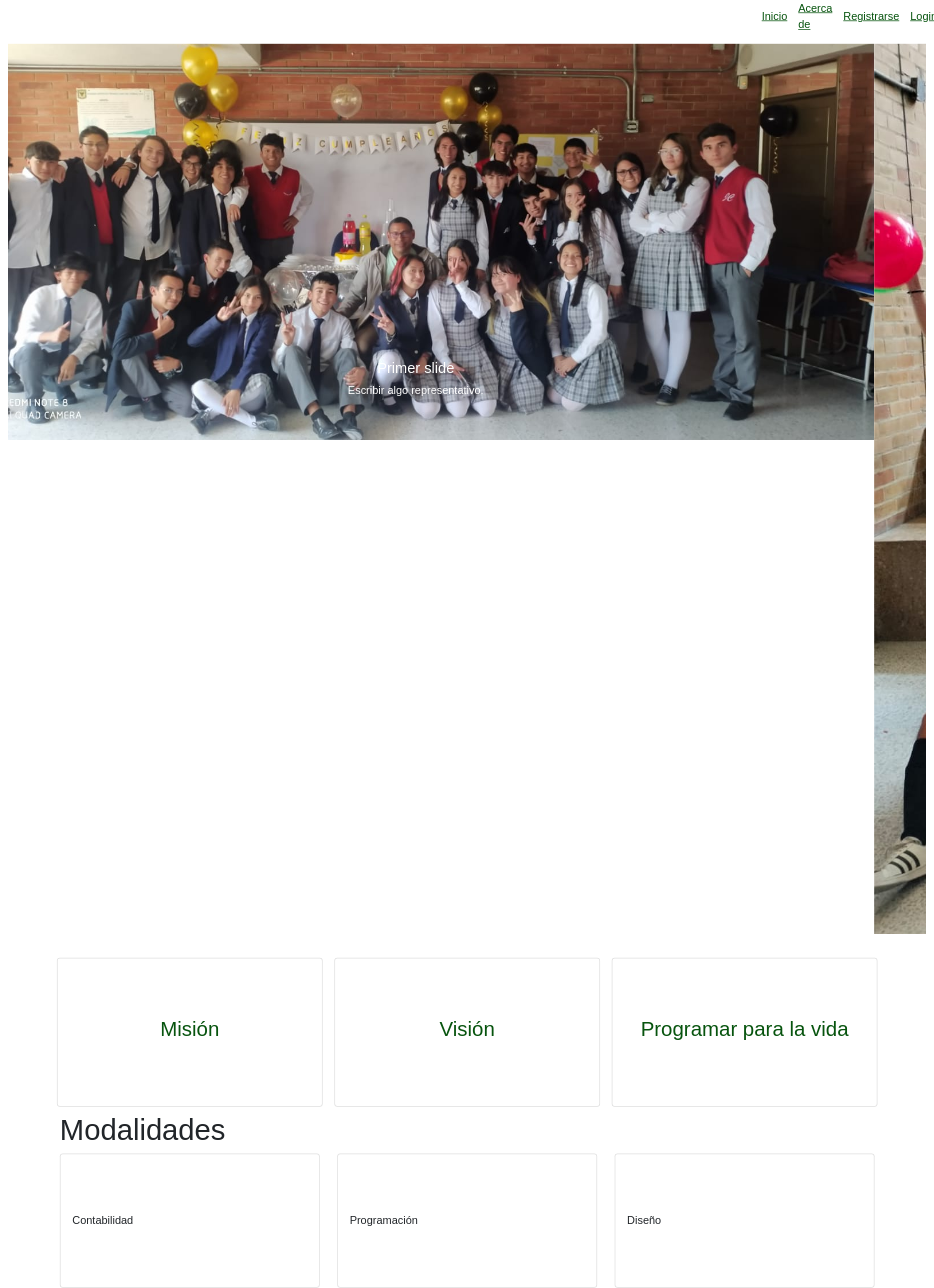
Repository: AntonnySant/webColegio
Page: index.html
An editor plug-in stored every save of this project. The page is shown before and after the next save, followed by the edit.
The browser window is 1280 px wide. The pictures show the whole page, at 73% of full size.

Above is the page before, as saved 2023-10-17 17:25:02.
Console error: TypeError: Cannot set properties of null (setting 'onclick')

After the next save:
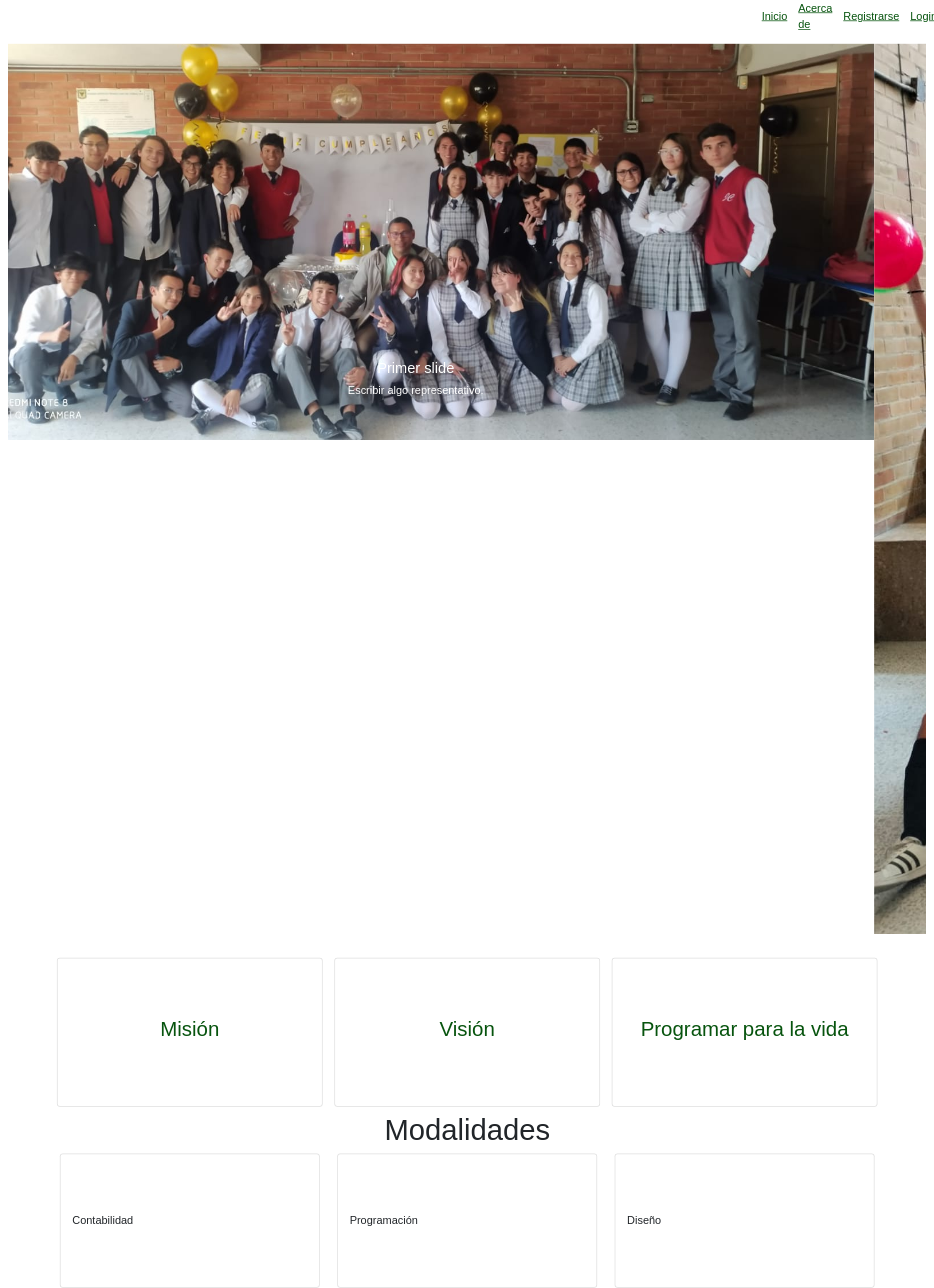
Saved 7 s later.
--- a/index.html
+++ b/index.html
@@ -219,7 +219,7 @@
 
         <div class="container">
             <div class="row">
-                <h1>Modalidades</h1>
+                <h1 class="text-center">Modalidades</h1>
             </div>
             <div class="row">
                 <div class="col">
